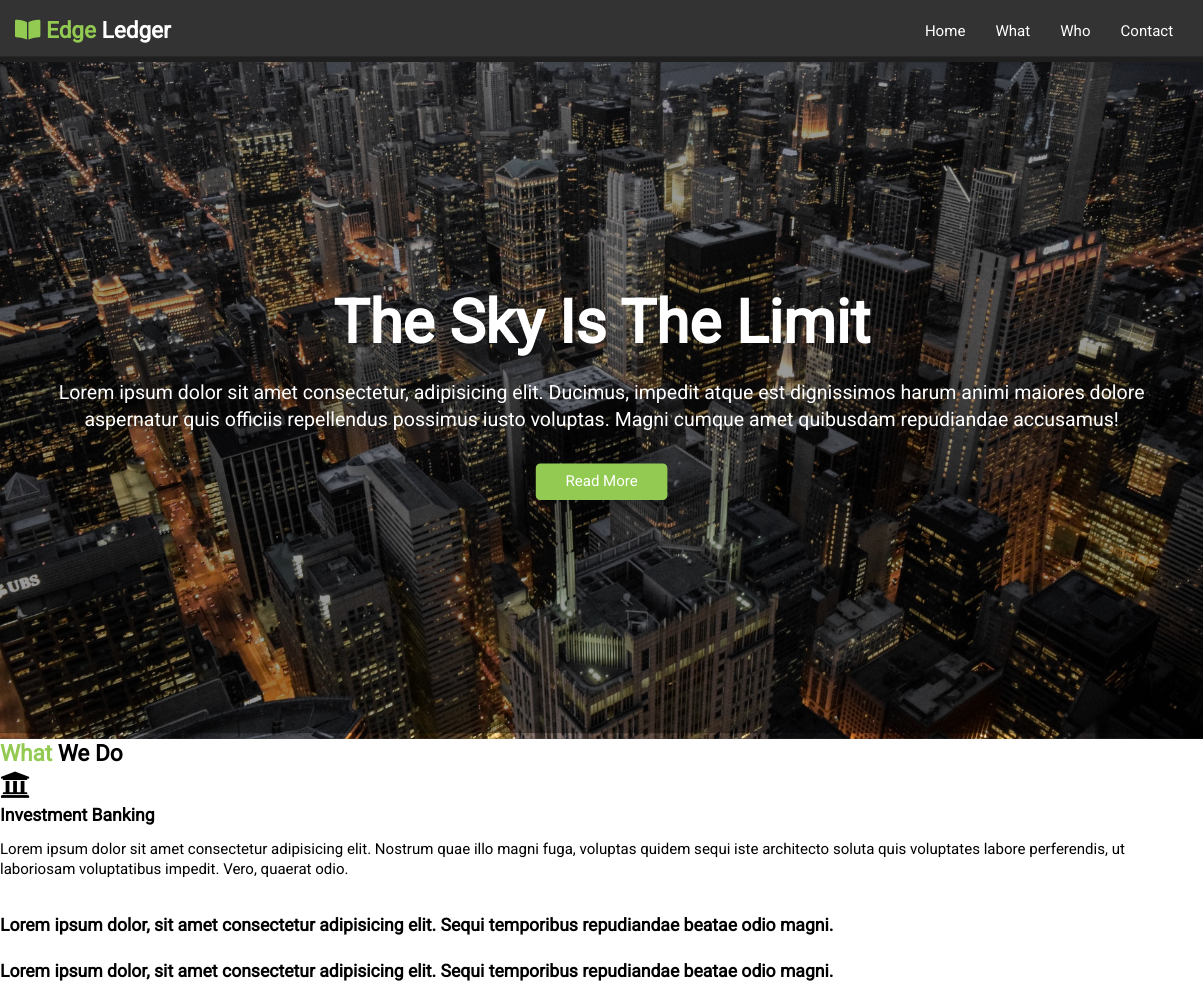
Repository: minhtien9/EdgeLedger-Financial-Web
Page: index.html
The author's editor kept a copy of each file at every save. The page is drawn from the files as they stood at one save, then again after the next save.
The browser window is 1280 px wide. The pictures show the whole page, at 94% of full size.

Above is the page before, as saved 2021-08-16 22:10:30.

### index.html
<!DOCTYPE html>
<html lang="en">

<head>
    <meta charset="UTF-8" />
    <meta http-equiv="X-UA-Compatible" content="IE=edge" />
    <meta name="viewport" content="width=device-width, initial-scale=1.0" />
    <link rel="stylesheet" href="https://cdnjs.cloudflare.com/ajax/libs/font-awesome/5.15.4/css/all.min.css" integrity="sha512-1ycn6IcaQQ40/MKBW2W4Rhis/DbILU74C1vSrLJxCq57o941Ym01SwNsOMqvEBFlcgUa6xLiPY/NS5R+E6ztJQ==" crossorigin="anonymous" referrerpolicy="no-referrer"
    />
    <link rel="stylesheet" media="screen and (max-width:768px)" href="css/mobile.css" />
    <link rel="stylesheet" media="screen  and (min-width:1100)" href="css/widescreen.css" />
    <link rel="stylesheet" href="css/style.css" />
    <title>EdgeLedger Financial | Accounting & Investment</title>
</head>

<body id="home">
    <!-- Navbar -->
    <nav id="navbar">
        <h1 class="logo">
            <span class="text-primary"> <i class="fas fa-book-open"></i> Edge </span
        >Ledger
      </h1>
      <ul>
        <li><a href="#home">Home</a></li>
        <li><a href="#what">What</a></li>
        <li><a href="#who">Who</a></li>
        <li><a href="#contact">Contact</a></li>
      </ul>
    </nav>
    <!-- Header: Showcase -->
    <header id="showcase">
      <div class="showcase-content">
        <h1 class="l-heading">The Sky Is The Limit</h1>
        <p class="lead">
          Lorem ipsum dolor sit amet consectetur, adipisicing elit. Ducimus,
          impedit atque est dignissimos harum animi maiores dolore aspernatur
          quis officiis repellendus possimus iusto voluptas. Magni cumque amet
          quibusdam repudiandae accusamus!
        </p>
        <a href="#what" class="btn">Read More</a>
      </div>
    </header>
    <!-- Section: What We Do -->
    <section id="what" class="bg-ligh py-1">
      <div class="container">
        <h2 class="m-heading"><span class="text-primary">What</span> We Do</h2>
            <div class="items">
                <div class="item">
                    <i class="fas fa-university fa-2x"></i>
                    <div>
                        <h3>Investment Banking</h3>
                        <p>
                            Lorem ipsum dolor sit amet consectetur adipisicing elit. Nostrum quae illo magni fuga, voluptas quidem sequi iste architecto soluta quis voluptates labore perferendis, ut laboriosam voluptatibus impedit. Vero, quaerat odio.
                        </p>
                    </div>
                </div>
                <div class="item">
                    <i class="fas fa-reader fa-2x"></i>
                    <div>
                        <h3>
                            Lorem ipsum dolor, sit amet consectetur adipisicing elit. Sequi temporibus repudiandae beatae odio magni.
                        </h3>
                    </div>
                </div>
                <div class="item">
                    <i class="fas fa-pencil-altuniversity fa-2x"></i>
                    <div>
                        <h3>
                            Lorem ipsum dolor, sit amet consectetur adipisicing elit. Sequi temporibus repudiandae beatae odio magni.
                        </h3>
                    </div>
                </div>
                <div class="item"></div>
                <div class="item"></div>
            </div>
            </div>
            </section>
</body>

</html>

### css/style.css
@import url('https://fonts.googleapis.com/css2?family=Roboto&display=swap');
* {
    box-sizing: border-box;
    margin: 0;
    padding: 0;
}

body {
    font-family: 'Roboto', sans-serif;
    line-height: 1.4;
}

a {
    text-decoration: none;
}

p {
    margin: 0.75rem 0;
}


/* Utility Classes */

.text-primary {
    color: #93cb52;
}

.l-heading {
    font-size: 4rem;
    margin-bottom: 0.75rem;
    line-height: 1.1;
}

.lead {
    font-size: 1.3rem;
    margin-bottom: 2rem;
}

.btn {
    display: inline-block;
    color: #fff;
    background: #93cb52;
    padding: 0.5rem 2rem;
    border: none;
    border-radius: 5px;
}

.btn:hover {
    background: #7ab436;
}

.btn-dark {
    background: #333;
    color: #fff;
}


/* Navbar */

#navbar {
    display: flex;
    position: stick;
    top: 0;
    background: #333;
    color: #fff;
    justify-content: space-between;
    z-index: 1;
    padding: 1rem;
}

#navbar ul {
    display: flex;
    align-items: center;
    list-style: none;
}

#navbar ul li a {
    color: #fff;
    padding: 0.75rem;
    margin: 0 0.25rem;
}

#navbar ul li a:hover {
    background: #93cb52;
    border-radius: 5px;
}


/* Showcase */

#showcase {
    background: #333 url('../img/showcase.jpg') no-repeat center center/cover;
    height: 100vh;
    color: #fff;
}

#showcase .showcase-content {
    display: flex;
    flex-direction: column;
    text-align: center;
    justify-content: center;
    align-items: center;
    height: 100%;
    padding: 0 2rem;
    /* Overlay */
    position: absolute;
    top: 60px;
    left: 0;
    background-color: rgba(0, 0, 0, 0.4);
}

Loaded but not shown: css/mobile.css (no stored copy; drawn as an empty file); css/widescreen.css (no stored copy; drawn as an empty file)

After the next save:
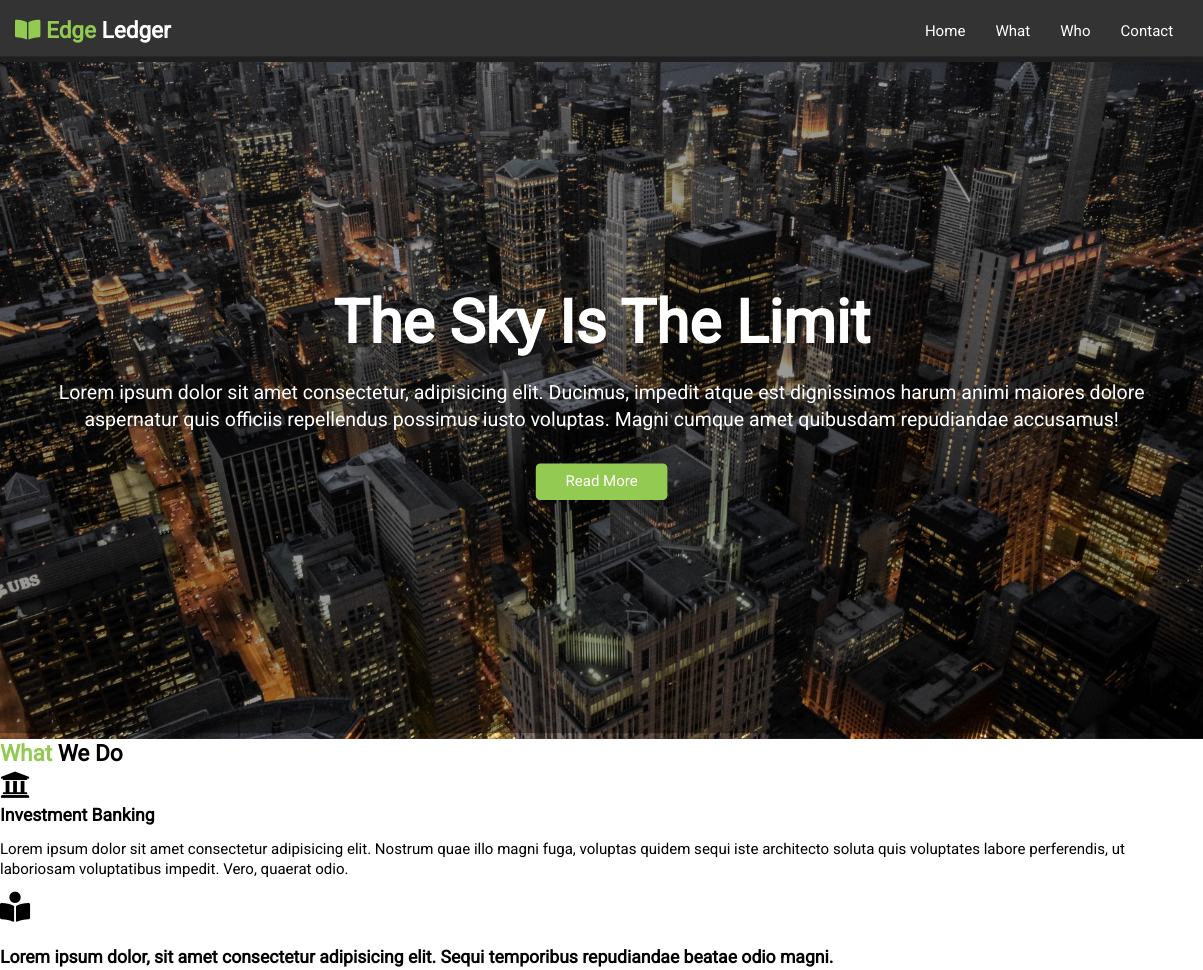
Saved 39 s later.
--- a/index.html
+++ b/index.html
@@ -55,11 +55,9 @@
                     </div>
                 </div>
                 <div class="item">
-                    <i class="fas fa-reader fa-2x"></i>
+                    <i class="fas fa-book-reader fa-2x"></i>
                     <div>
-                        <h3>
-                            Lorem ipsum dolor, sit amet consectetur adipisicing elit. Sequi temporibus repudiandae beatae odio magni.
-                        </h3>
+                        <h3></h3>
                     </div>
                 </div>
                 <div class="item">
